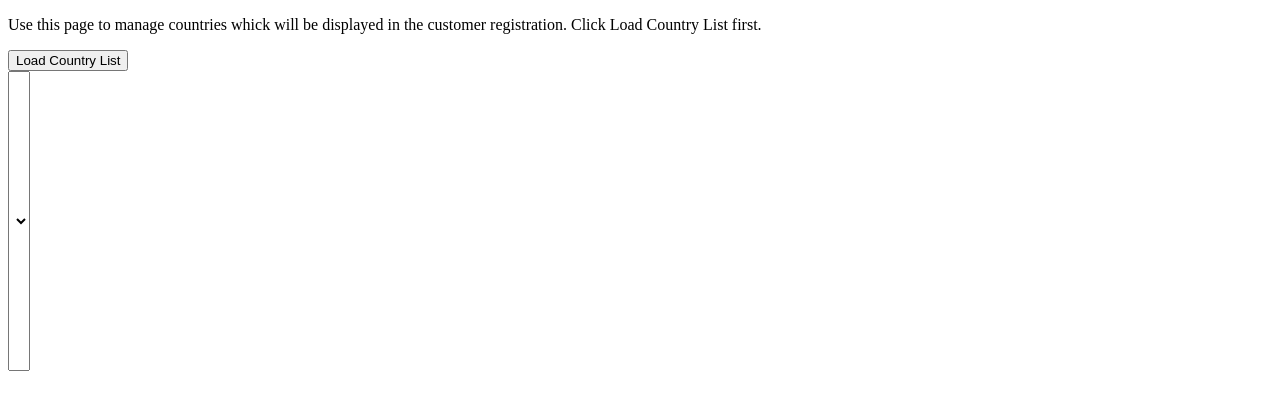
Repository: theAnh-js/Spring-Boot-E-commerce
Page: http://localhost/settings/states
The author's editor kept a copy of each file at every save. The page is drawn from the files as they stood at one save, then again after the next save.
The browser window is 1280 px wide. The pictures show the whole page.
The page is this project's Thymeleaf template; nobody is signed in. The template is opened directly, without the code that normally fills it, so the values that code supplies are empty.

Above is the page before, as saved 2024-02-15 03:55:30.

After the next save:
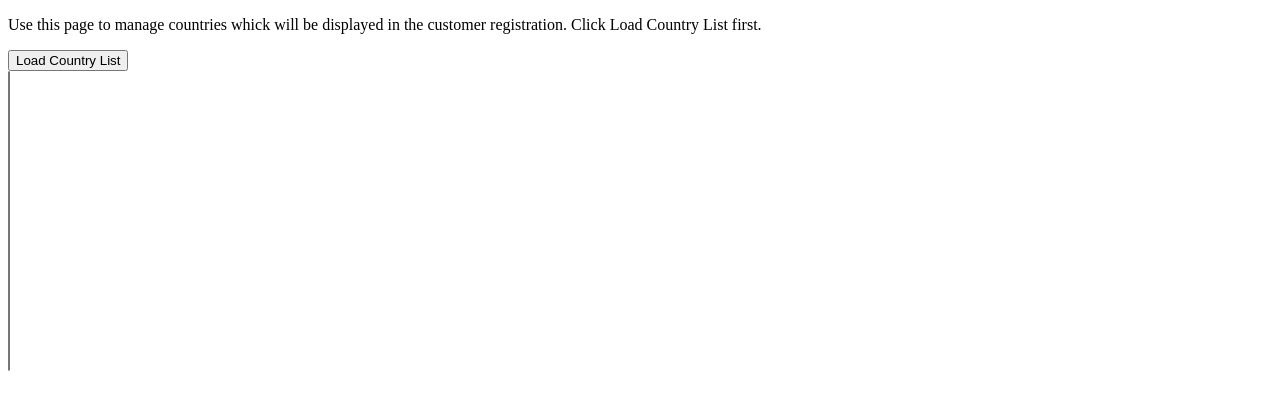
Saved 38 s later.
--- a/ShopmeProject/ShopmeWebParent/ShopmeBackEnd/src/main/resources/templates/settings/states.html
+++ b/ShopmeProject/ShopmeWebParent/ShopmeBackEnd/src/main/resources/templates/settings/states.html
@@ -12,7 +12,7 @@
 		<input type="button" class="btn btn-primary" value="Load Country List"/>
 	</div>
 	<div>
-		<select class="form-control" style="height: 300px" >
+		<select class="form-control" style="height: 300px" size="3">
 		</select>
 	</div>
 
